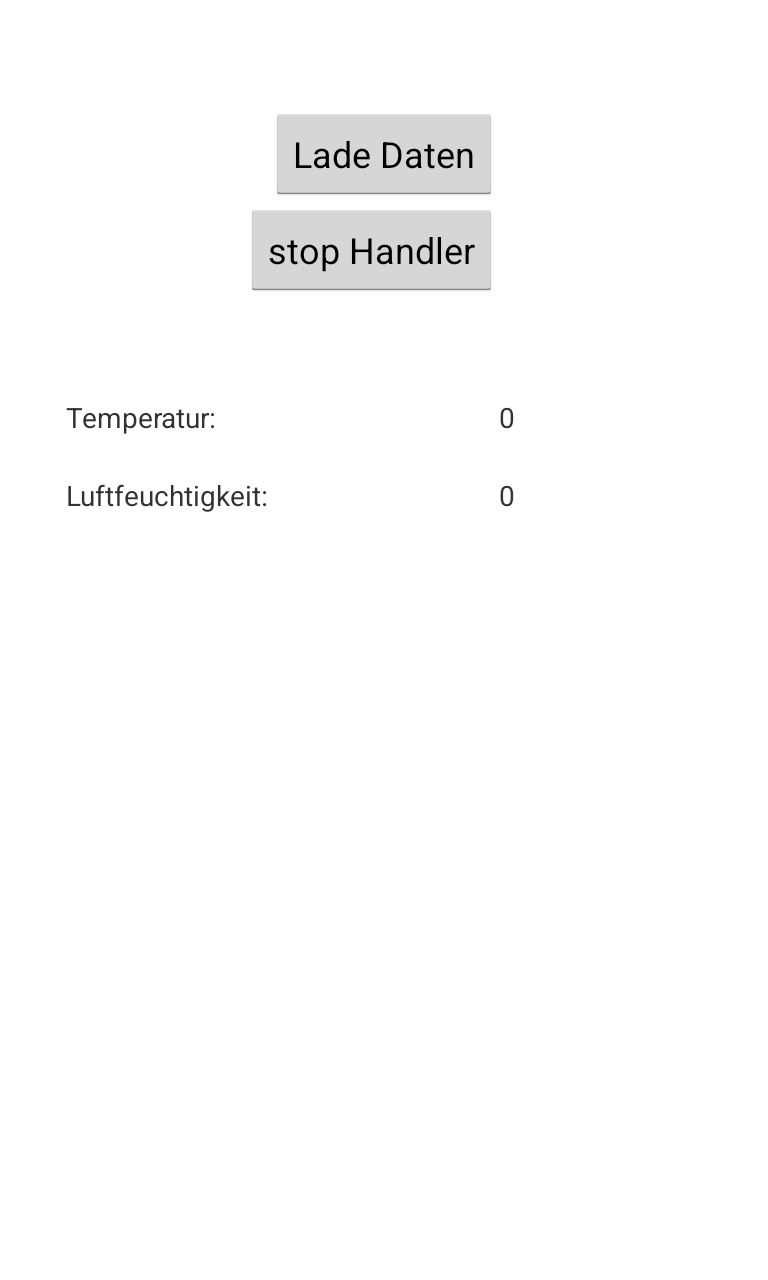
Repository: Fabbinde/Greenhouse
Layout: GreenHouseAppNew2015/res/layout/activity_main.xml
These files come from the project's save history. The layout is drawn as it stood at one moment and after the next save; the edit follows.
It is drawn on a 768 x 1280 px phone screen (xhdpi) without system bars, with theme AppTheme; the app's code is not run.

Above is the layout before, as saved 2015-01-12 22:41:55.

### GreenHouseAppNew2015/res/layout/activity_main.xml
<RelativeLayout xmlns:android="http://schemas.android.com/apk/res/android"
    xmlns:tools="http://schemas.android.com/tools"
    android:layout_width="match_parent"
    android:layout_height="match_parent"
    android:paddingBottom="@dimen/activity_vertical_margin"
    android:paddingLeft="@dimen/activity_horizontal_margin"
    android:paddingRight="@dimen/activity_horizontal_margin"
    android:paddingTop="@dimen/activity_vertical_margin"
    tools:context="de.htwg.greenhouseApp.MainActivity" >

    <Button
        android:id="@+id/buttonLoadData"
        android:layout_width="wrap_content"
        android:layout_height="wrap_content"
        android:layout_alignParentTop="true"
        android:layout_centerHorizontal="true"
        android:layout_marginTop="37dp"
        android:text="Lade Daten" />

    <TextView
        android:id="@+id/textView1"
        android:layout_width="wrap_content"
        android:layout_height="wrap_content"
        android:layout_alignParentLeft="true"
        android:layout_below="@+id/buttonLoadData"
        android:layout_marginLeft="17dp"
        android:layout_marginTop="98dp"
        android:text="Temperatur:" />

    <TextView
        android:id="@+id/textView2"
        android:layout_width="wrap_content"
        android:layout_height="wrap_content"
        android:layout_alignLeft="@+id/textView1"
        android:layout_below="@+id/textView1"
        android:layout_marginTop="20dp"
        android:text="Luftfeuchtigkeit:" />

    <TextView
        android:id="@+id/textViewTemp"
        android:layout_width="wrap_content"
        android:layout_height="wrap_content"
        android:layout_alignBottom="@+id/textView1"
        android:layout_toRightOf="@+id/buttonLoadData"
        android:text="0" />

    <TextView
        android:id="@+id/textViewHumi"
        android:layout_width="wrap_content"
        android:layout_height="wrap_content"
        android:layout_alignBottom="@+id/textView2"
        android:layout_alignRight="@+id/textViewTemp"
        android:text="0" />

    <Button
        android:id="@+id/buttonStopHandler"
        android:layout_width="wrap_content"
        android:layout_height="wrap_content"
        android:layout_alignRight="@+id/buttonLoadData"
        android:layout_below="@+id/buttonLoadData"
        android:text="stop Handler" />

</RelativeLayout>

Loaded but not shown: GreenHouseAppNew2015/res/values/styles.xml (common file); GreenHouseAppNew2015/res/values-v11/styles.xml (common file); GreenHouseAppNew2015/res/values-v14/styles.xml (common file); GreenHouseAppNew2015/res/values/dimens.xml (common file); GreenHouseAppNew2015/res/values-w820dp/dimens.xml (common file)

After the next save:
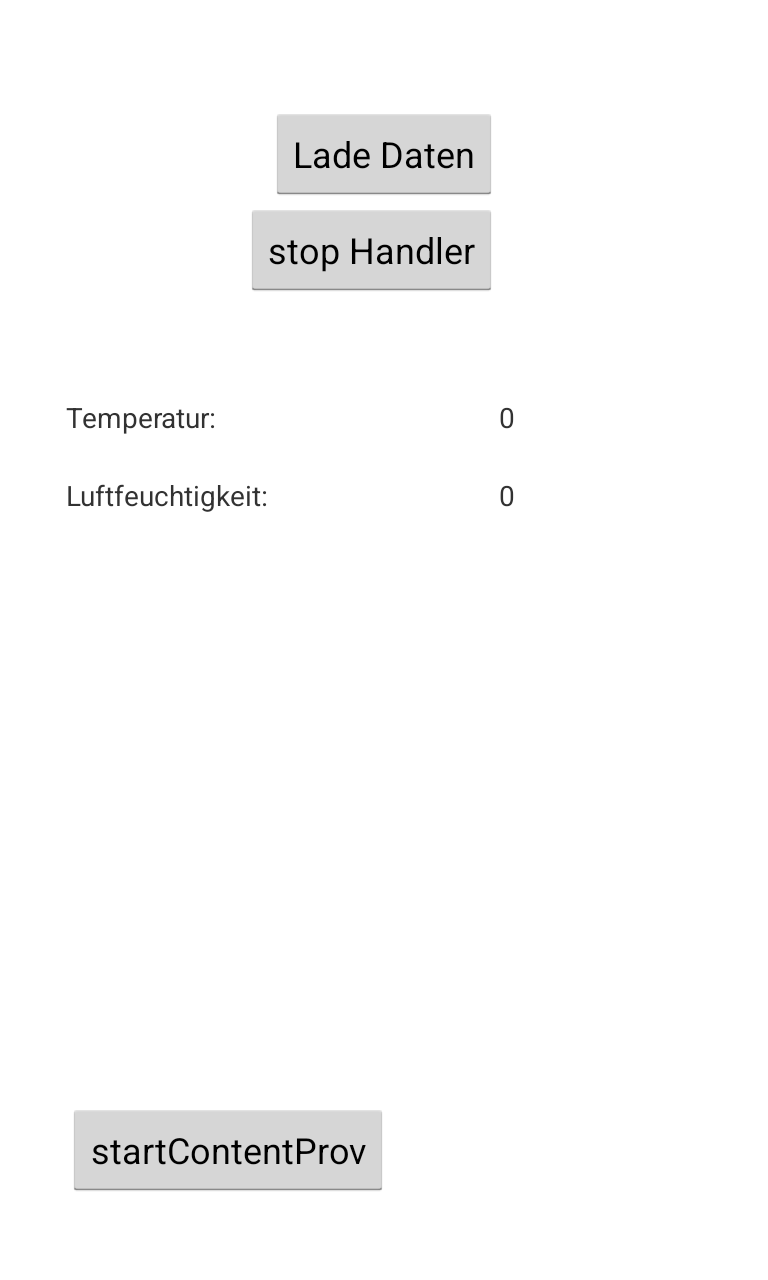
Saved 43 min 21 s later.
--- a/GreenHouseAppNew2015/res/layout/activity_main.xml
+++ b/GreenHouseAppNew2015/res/layout/activity_main.xml
@@ -60,4 +60,13 @@
         android:layout_below="@+id/buttonLoadData"
         android:text="stop Handler" />
 
+    <Button
+        android:id="@+id/buttonStartContentProvider"
+        android:layout_width="wrap_content"
+        android:layout_height="wrap_content"
+        android:layout_alignLeft="@+id/textView2"
+        android:layout_alignParentBottom="true"
+        android:layout_marginBottom="25dp"
+        android:text="startContentProv" />
+
 </RelativeLayout>
